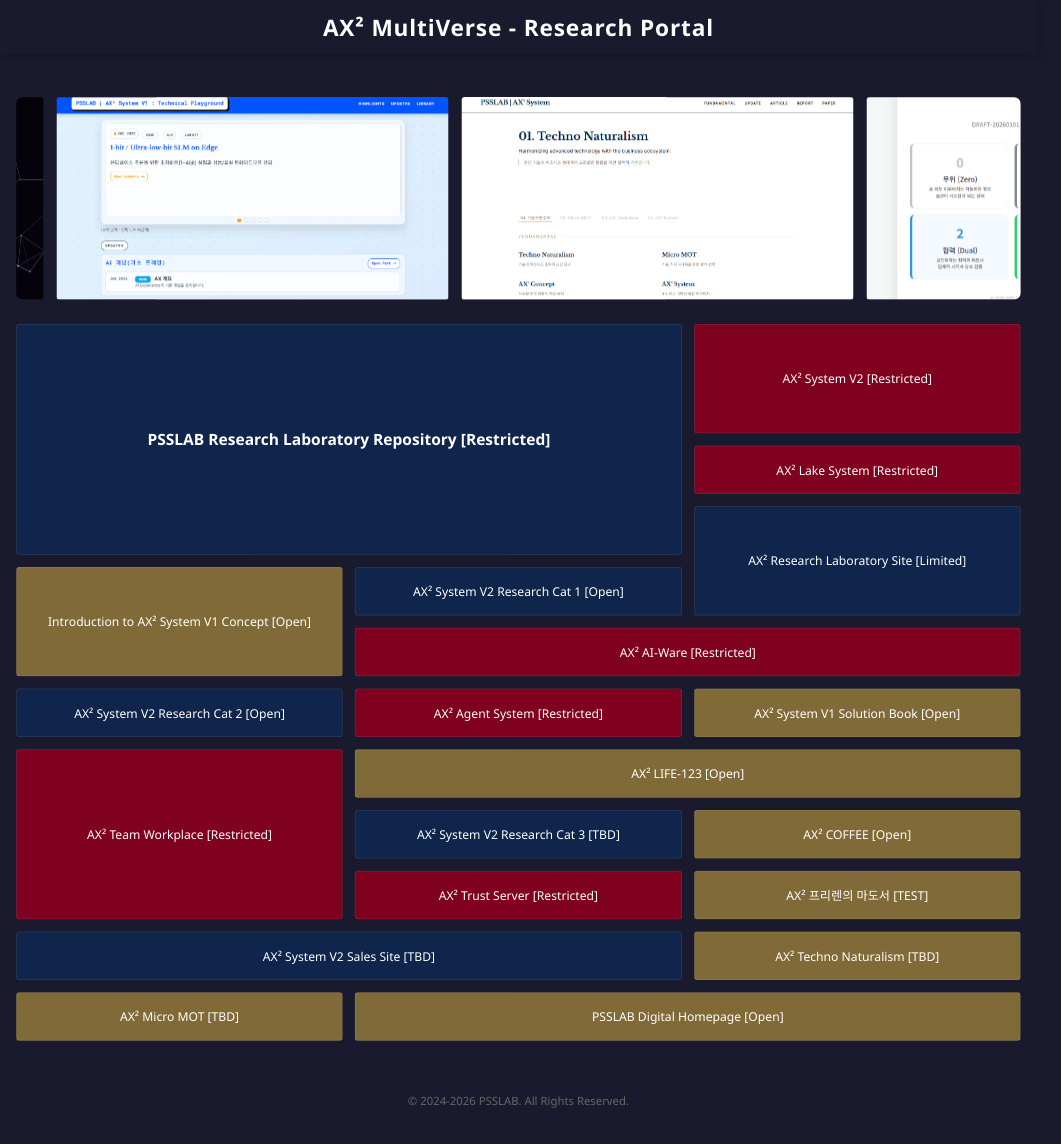
Repository: hycse89/PSSLAB_OpenSite
Page: psslab_multiverse_v3.html
An editor plug-in stored every save of this project. The page is shown before and after the next save, followed by the edit.
The browser window is 1280 px wide. The page is 1310 px wide, so the pictures cover 1310 px, including what lies to the right of the window. The pictures show the whole page, at 81% of full size.

Above is the page before, as saved 2026-01-11 21:06:57.

After the next save:
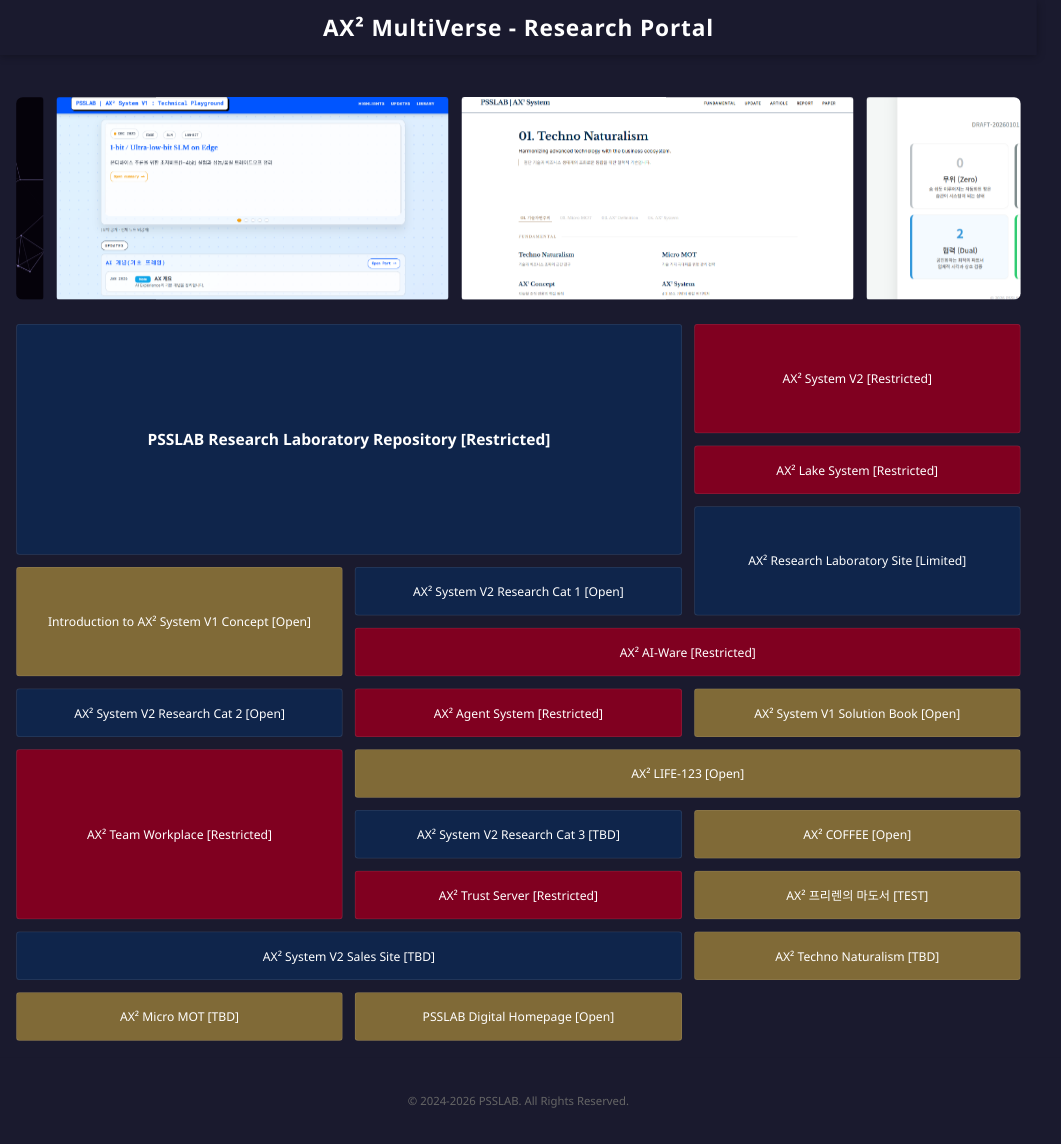
Saved 5 s later.
--- a/psslab_multiverse_v3.html
+++ b/psslab_multiverse_v3.html
@@ -219,7 +219,7 @@
 
             <a href="http://localhost:8001/utils/markdown_viewer.html?file=/ax_research/doc/doc_ax_micro_mot_v2.md" class="link-button color-3 h-1">AX² Micro MOT [TBD]</a>
 
-            <a href="http://www.psslab.co.kr" class="link-button color-3 w-2 h-1">PSSLAB Digital Homepage [Open]</a>
+            <a href="http://www.psslab.co.kr" class="link-button color-3 w-3 h-1">PSSLAB Digital Homepage [Open]</a>
         </div>
     </main>
 
